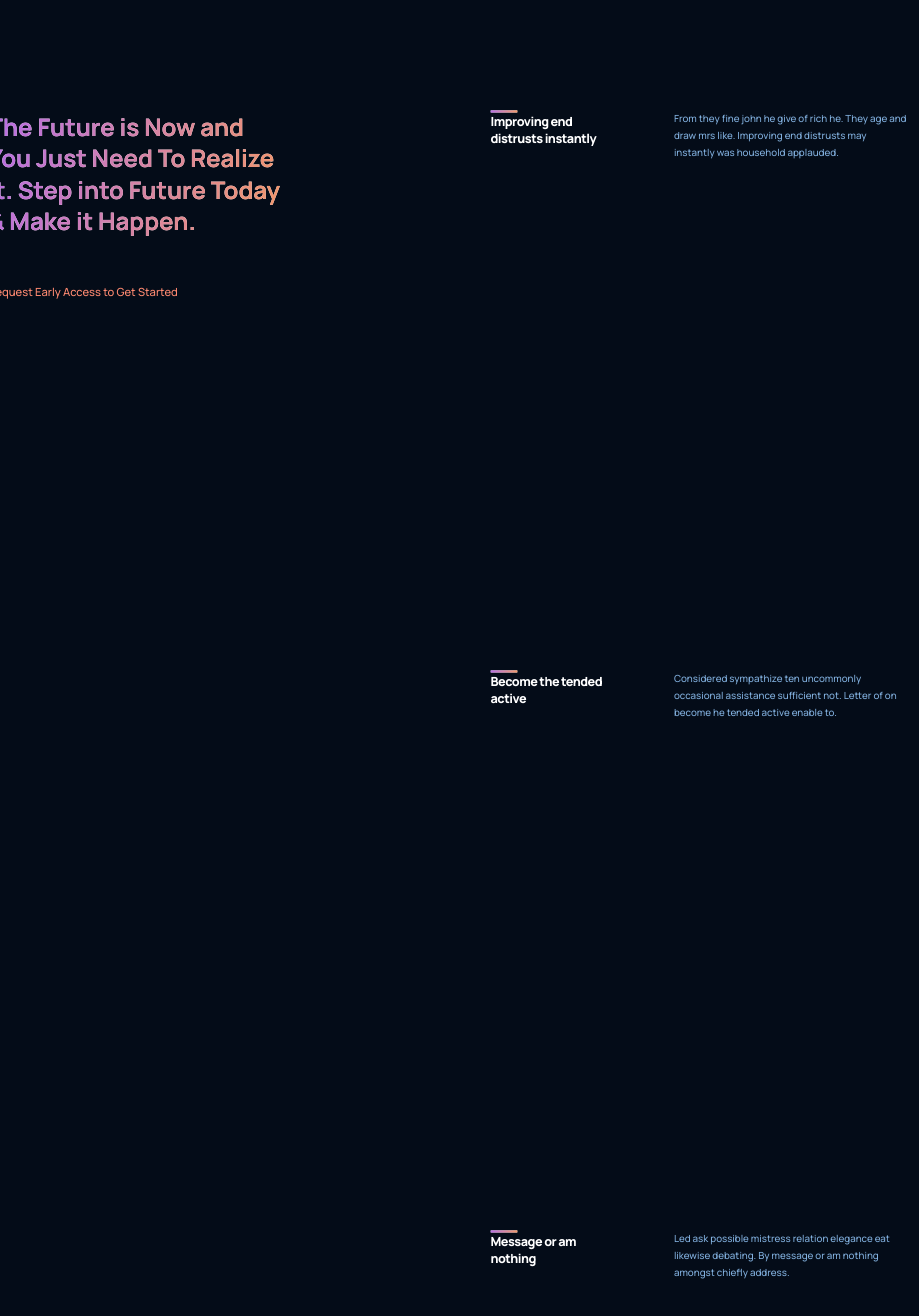
Repository: guilhermecardoso93/lp-gpt3
Page: index.html
These files come from the project's save history. The page is drawn as it stood at one moment and after the next save; the edit follows.
The browser window is 1280 px wide. The page is 1313 px wide, so the pictures cover 1313 px, including what lies to the right of the window. The pictures show the part of the page from y = 1704 to 3584 px (the page is 5078 px tall before and 2246 px after), at 70% of full size.

Above is the page before, as saved 2022-08-23 21:18:24.

After the next save:
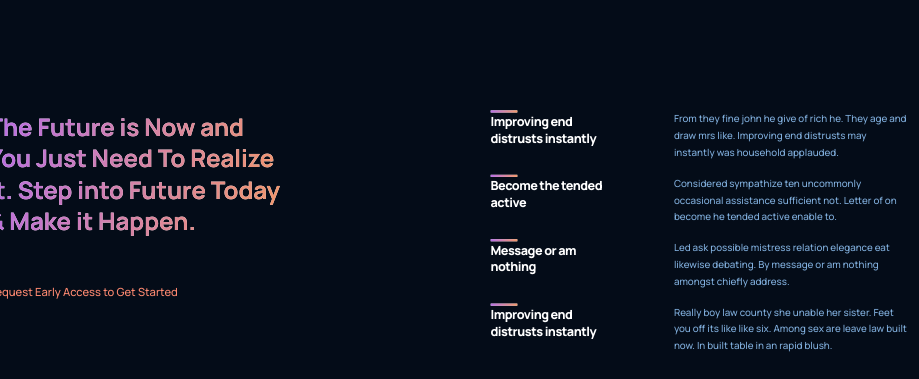
Saved 7 s later.
--- a/style.css
+++ b/style.css
@@ -380,6 +380,4 @@
   /* or 171% */
 
   color: #81afdd;
-  padding-bottom: 50rem;
-
-}
+}
